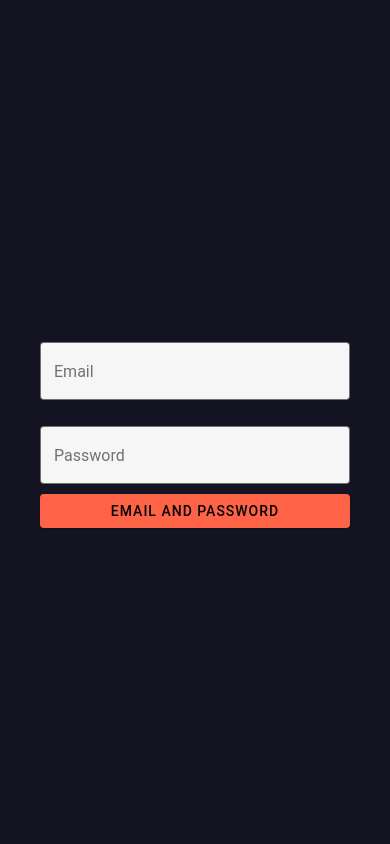
Repository: pascalgrim/GymTracker
Screen: /
These files come from the project's save history. The screen is drawn as it stood at one moment and after the next save; the edit follows.
The app was drawn by React Native's web renderer in a window 390 px wide. The project was rebuilt for these pictures with package versions that can differ from the ones it lists, and the page was loaded fresh each time. Also part of the build but not shown: components/menuCard.js, components/Dashboard.js, firebase.js, context/AuthContext.js.

Above is the screen before, as saved 2021-11-05 20:08:56.

After the next save:
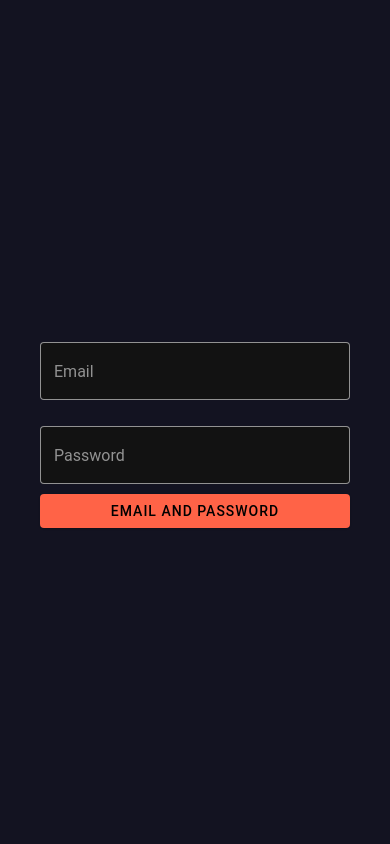
Saved 15 s later.
--- a/components/Signup.js
+++ b/components/Signup.js
@@ -9,7 +9,7 @@ import {useAuth} from "../context/AuthContext"
 const theme = {
     ...DefaultTheme,
     colors: {
-      ...DefaultTheme.colors,
+      ...DarkTheme.colors,
       primary: 'tomato',
       accent: 'yellow',
     },
